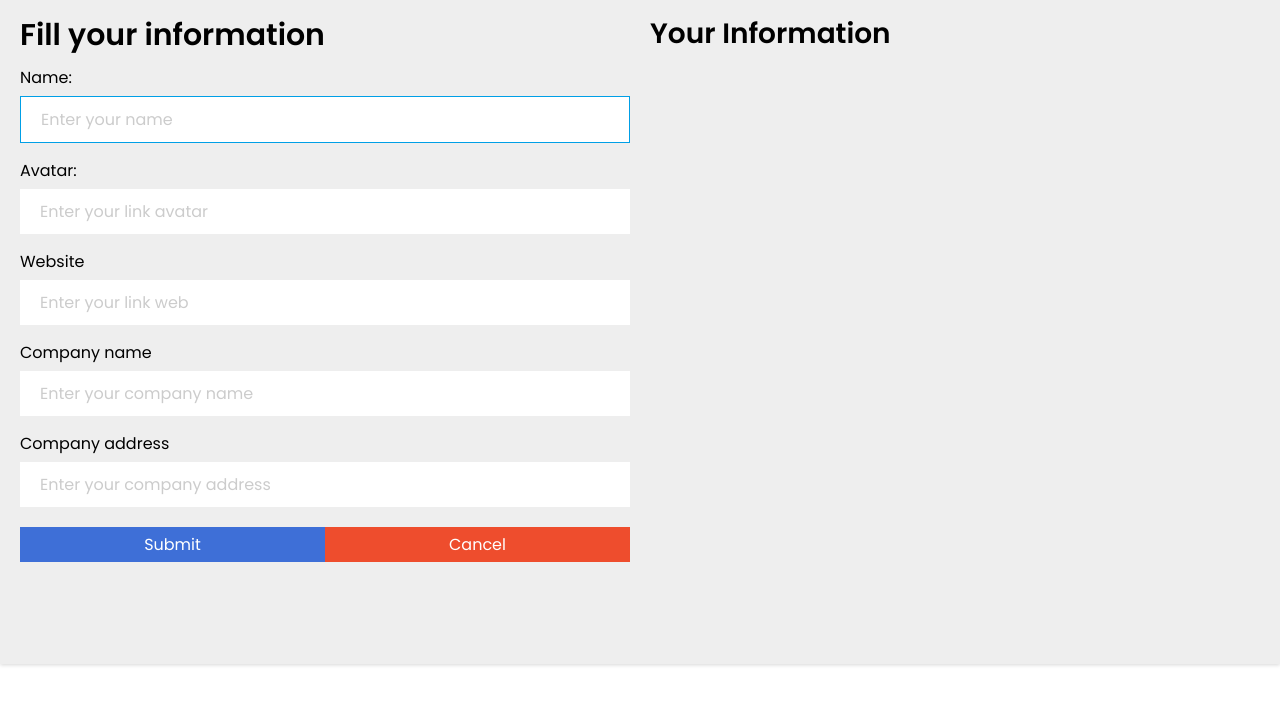
Repository: nttthao9/management
Page: index.html
These files come from the project's save history. The page is drawn as it stood at one moment and after the next save; the edit follows.
The browser window is 1280 px wide. The pictures show the whole page.
The first visible `input` is being pressed.
The page's requests for data from a server got no answer. Some web libraries are served in a nearby version.

Above is the page before, as saved 2021-10-14 16:35:32.

After the next save:
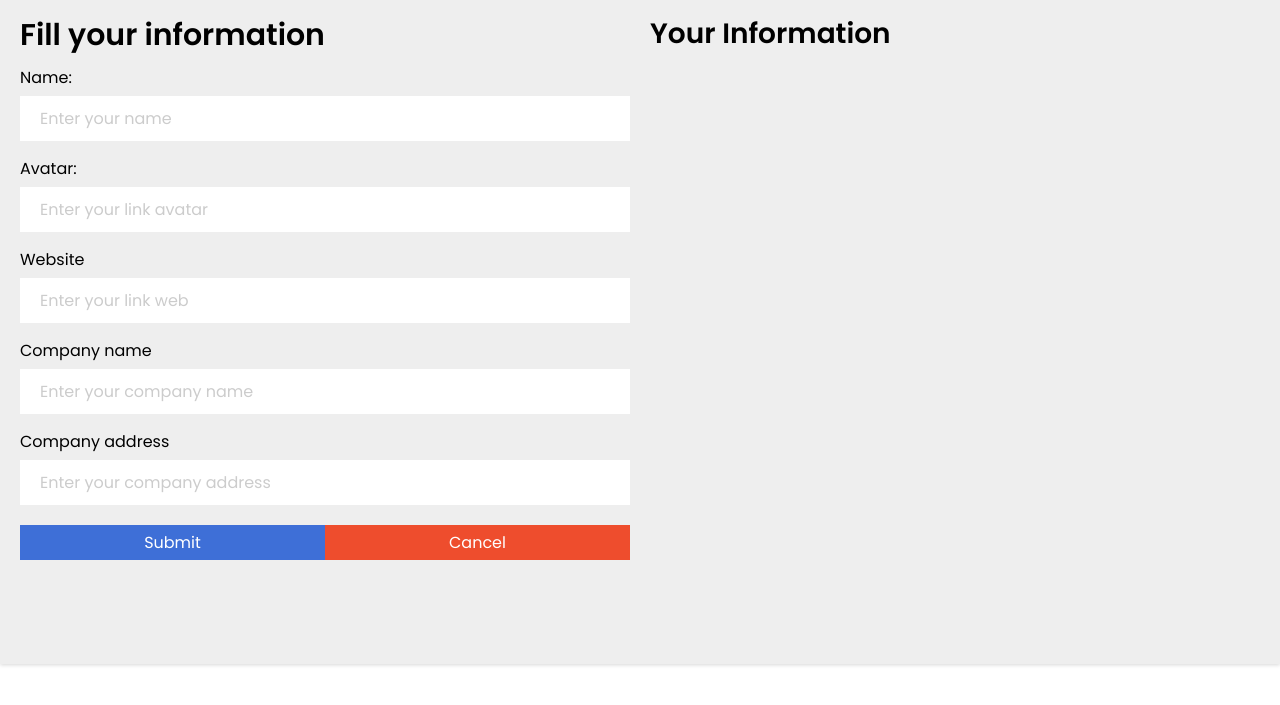
Saved 14 s later.
--- a/style.css
+++ b/style.css
@@ -107,7 +107,7 @@ input::-ms-input-placeholder {
 input::placeholder {
   color: #ccc;
 }
-input:active {
+input:focus {
   border: 1px solid #009fe6;
 }
 .btn-submit {
